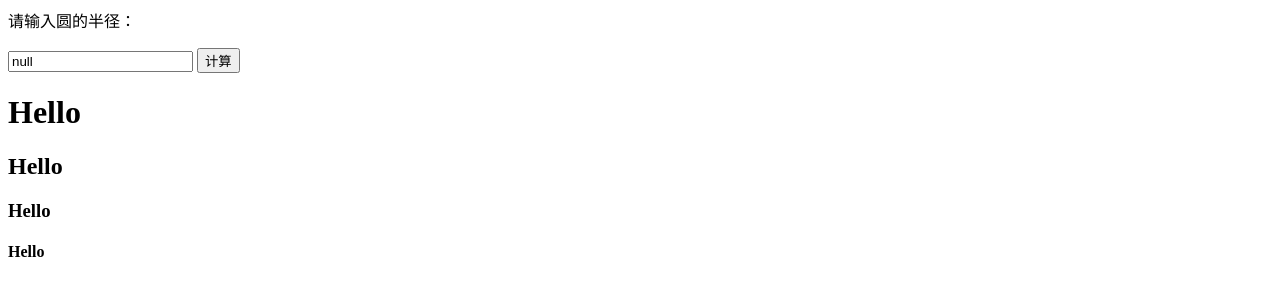
Repository: Coder-YJ/Java
Page: http://localhost/JspTest/class_declare.jsp
An editor plug-in stored every save of this project. The page is shown before and after the next save, followed by the edit.
The browser window is 1280 px wide. The pictures show the whole page.
The page is served by Tomcat 9. Other server files are loaded and not shown.

Above is the page before, as saved 2018-04-01 14:19:27.

### MyEclipse10/JspTest/WebRoot/class_declare.jsp
<%@ page language="java" import="java.util.*" pageEncoding="UTF-8"%>
<%
	String path = request.getContextPath();
	String basePath = request.getScheme() + "://"
			+ request.getServerName() + ":" + request.getServerPort()
			+ path + "/";
%>
<html>
<body>
	<P> 请输入圆的半径：<BR>
	   <FORM action="class_declare.jsp" method=get>
	      <INPUT type="text" name="radius" value=<%=request.getParameter("radius")%>>
	      <INPUT type="submit" value="计算">
	   </FORM>
	<%!  public class Circle{
	               double r;
	               Circle(double r){
	                     this.r=r;
	               }
	               double area_computing(){
	                     return Math.PI*r*r;
	               }
	               double circumference_computing(){
	                     return 2*Math.PI*r;
	               }
	}%>

	<% String str=request.getParameter("radius");
       double r;
       if(str!=null){
             r=Double.valueOf(str).doubleValue();
             Circle circle=new Circle(r);%>
             <P> 圆的面积是：<BR>
                   <%= circle.area_computing()%>
             <P> 圆的周长是：<BR>
                   <%= circle.circumference_computing()%>
       <%}%>

	<%
   for(int i=1;i<=4;i++){
%>
      <H<%=i%>>Hello</H<%=i%>>
<%
  }
%>


</body>
</html>

After the next save:
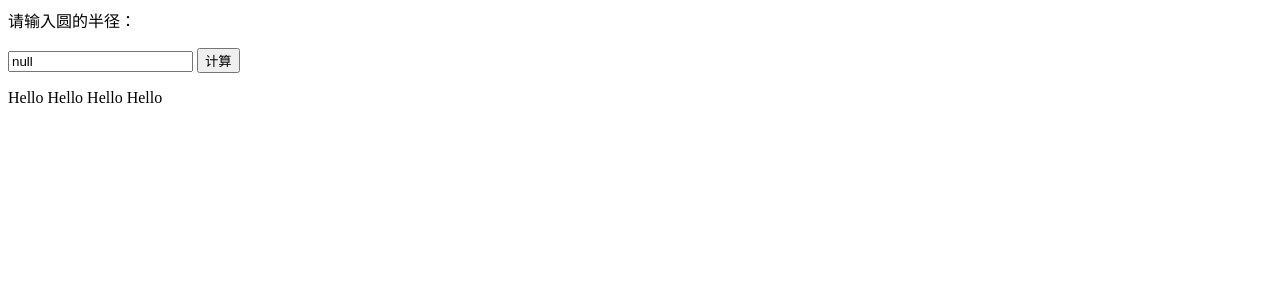
Saved 17 s later.
--- a/MyEclipse10/JspTest/WebRoot/class_declare.jsp
+++ b/MyEclipse10/JspTest/WebRoot/class_declare.jsp
@@ -36,14 +36,12 @@
                    <%= circle.circumference_computing()%>
        <%}%>
 
-	<%
-   for(int i=1;i<=4;i++){
-%>
-      <H<%=i%>>Hello</H<%=i%>>
-<%
-  }
-%>
-
-
-</body>
+		<%
+			for (int i = 1; i <= 4; i++) {
+		%>
+		<H <%=i%>>Hello</H<%=i%>>
+		<%
+			}
+		%>
+		</body>
 </html>
